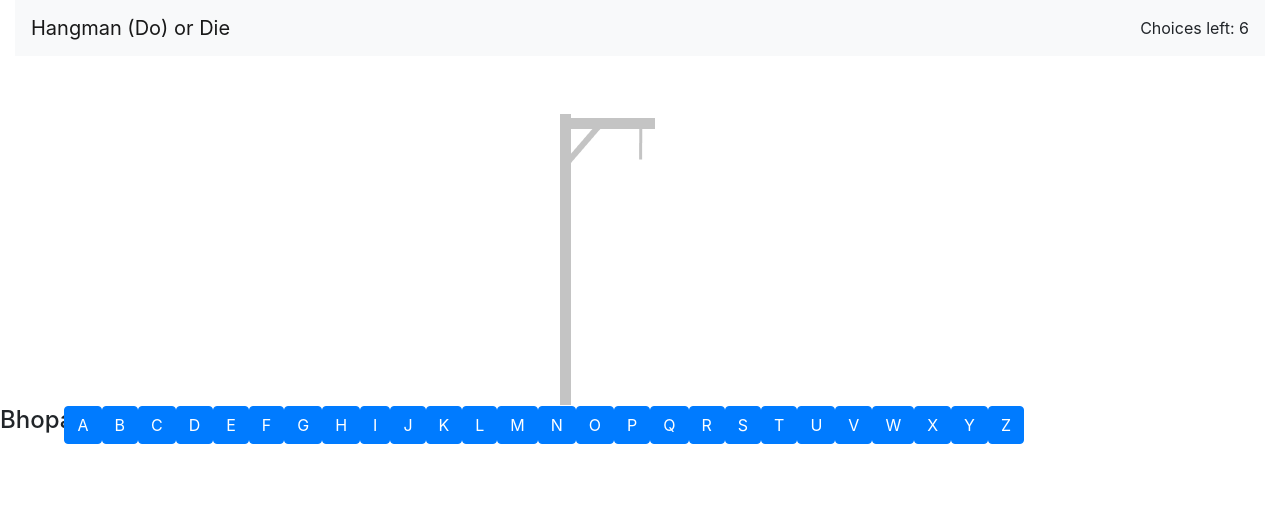
Repository: jatinhchanchlani/hangman
Page: /
An editor plug-in stored every save of this project. The page is shown before and after a run of saves, followed by the edit.
The browser window is 1280 px wide. The pictures show the whole page.
The project was rebuilt for these pictures with package versions that can differ from the ones it lists, and the page was loaded fresh each time. Also part of the build but not shown: src/App.css.

Above is the page before, as saved 2020-10-24 15:54:41.

### src/index.js
import React from 'react';
import ReactDOM from 'react-dom';
import './index.css';
import App from './App';
import * as serviceWorker from './serviceWorker';
import 'bootstrap/dist/css/bootstrap.css';

ReactDOM.render( <
  React.StrictMode >
  <
  App / >
  <
  /React.StrictMode>,
  document.getElementById('root')
);

// If you want your app to work offline and load faster, you can change
// unregister() to register() below. Note this comes with some pitfalls.
// Learn more about service workers: https://bit.ly/CRA-PWA
serviceWorker.unregister();

### src/App.js
import React from 'react';
import './App.css';
import Game from './components/game';

function App() {
  return ( <
    Game / >
  );
}

export default App;

### src/components/game.jsx
import React, { Component } from "react";
import Image from "./image";
import Header from "./header";
import Letters from "./letters";
import { getRandomCity } from "../model/cities";

const MAX_CHOICES = 6;

class Game extends Component {
  state = { maxChoices: MAX_CHOICES, choicesLeft: MAX_CHOICES };
  render() {
    return (
      <div className="container-fluid">
        <Header choicesLeft={this.state.choicesLeft} />
        <div className="row">
          <div className="col col-sm-5" />
          <div>
            <Image
              choicesLeft={this.state.choicesLeft}
              maxChoices={this.state.maxChoices}
            />
          </div>
        </div>
        <div className="row">
          <h4>{getRandomCity()}</h4>
          <Letters />
        </div>
      </div>
    );
  }
}

export default Game;

### src/components/image.jsx
import React, { Component } from "react";

class Image extends Component {
  render() {
    const { choicesLeft, maxChoices } = this.props;
    const imagePath = maxChoices - choicesLeft + ".jpg";
    return (
      <img
        className="card-image image-fluid"
        src={require("../images/" + imagePath)}
        alt={imagePath}
      />
    );
  }
}

export default Image;

### src/components/header.jsx
import React, { Component } from "react";

class Header extends Component {
  render() {
    return (
      <nav class="navbar navbar-expand-md navbar-light bg-light">
        <div class="navbar-collapse collapse w-100 order-1 order-md-0 dual-collapse2">
          <div class="navbar-brand">Hangman (Do) or Die</div>
        </div>
        <div class="navbar-collapse collapse w-100 order-3 dual-collapse2">
          <ul class="navbar-nav ml-auto">
            <li class="nav-item">
              <span class="nav-item">
                Choices left: {this.props.choicesLeft}
              </span>
            </li>
          </ul>
        </div>
      </nav>
    );
  }
}

export default Header;

### src/components/letters.jsx
import React, { Component } from "react";

class Letters extends Component {
  render() {
    return (
      <div className="row">
        {Array(26)
          .fill()
          .map((_, index) => String.fromCharCode("A".charCodeAt(0) + index))
          .map((char) => (
            <button key={char} className="btn btn-primary">
              {char}
            </button>
          ))}
      </div>
    );
  }
}

export default Letters;

### src/model/cities.js
const MIN = 0;
const MAX = 24;

const cities = {
    0: "Mumbai",
    1: "New Delhi",
    2: "Chennai",
    3: "Hyderabad",
    4: "Bengaluru",
    5: "Ahmedabad",
    6: "Jaipur",
    7: "Kolkata",
    8: "Lucknow",
    9: "Bhopal",
    10: "Chandigarh",
    11: "Patna",
    12: "Jabalpur",
    13: "Pune",
    14: "Surat",
    15: "Indore",
    16: "Kanpur",
    17: "Visakhapatnam",
    18: "Agra",
    19: "Varanasi",
    20: "Amritsar",
    21: "Udaipur",
    22: "Noida",
    23: "Ludhiana",
    24: "Gwalior",
}

// Returns a random number between min and max. Min and max are both inclusive
export function getRandomIntInclusive(min, max) {
    min = Math.ceil(min);
    max = Math.floor(max);
    return Math.floor(Math.random() * (max - min + 1) + min);
}

export function getRandomCity() {
    return cities[getRandomIntInclusive(MIN, MAX)];
}

Loaded but not shown: public/index.html (common file); src/index.css (common file); src/serviceWorker.js (common file)

After the next 3 saves:
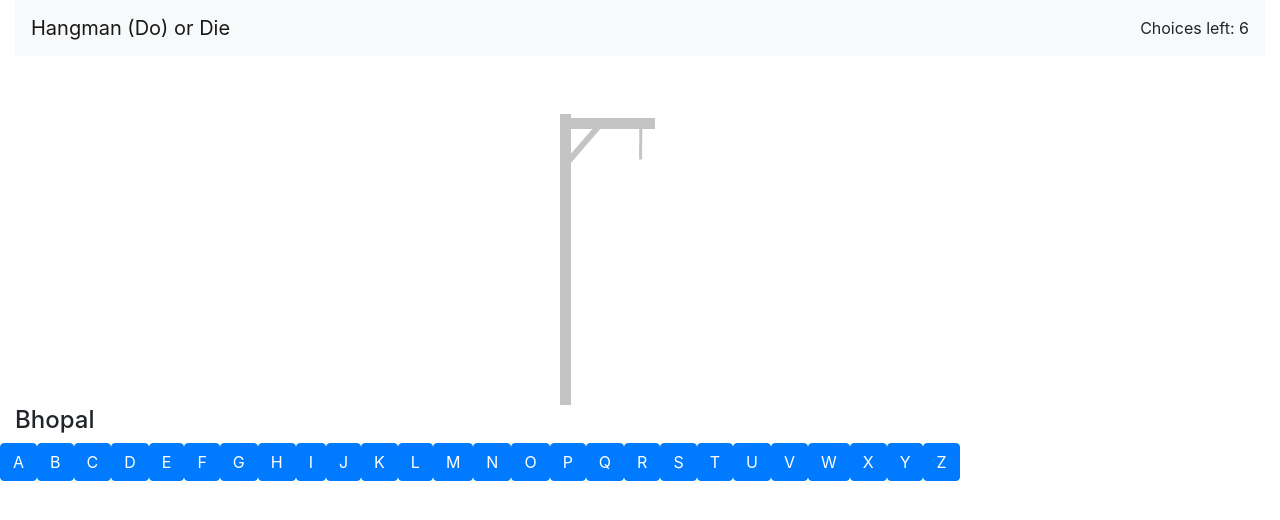
The 3 saves are shown as one change because 2 did not build or start.
The last was saved 84 s later.
--- a/src/components/game.jsx
+++ b/src/components/game.jsx
@@ -21,10 +21,9 @@ class Game extends Component {
             />
           </div>
         </div>
-        <div className="row">
-          <h4>{getRandomCity()}</h4>
-          <Letters />
-        </div>
+
+        <h4>{getRandomCity()}</h4>
+        <Letters />
       </div>
     );
   }
